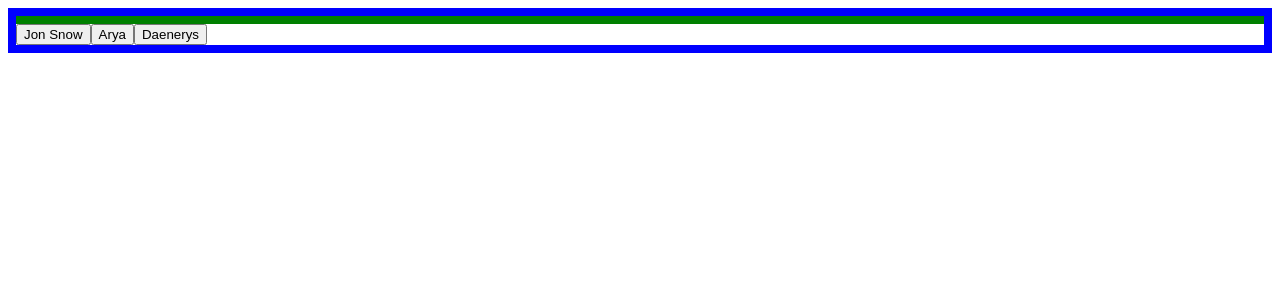
Repository: dsaftler/GifTastic
Page: index.html
These files come from the project's save history. The page is drawn as it stood at one moment and after the next save; the edit follows.
The browser window is 1280 px wide. The pictures show the whole page.
Some web libraries are served in a nearby version.

Above is the page before, as saved 2019-04-20 04:14:42.

After the next save:
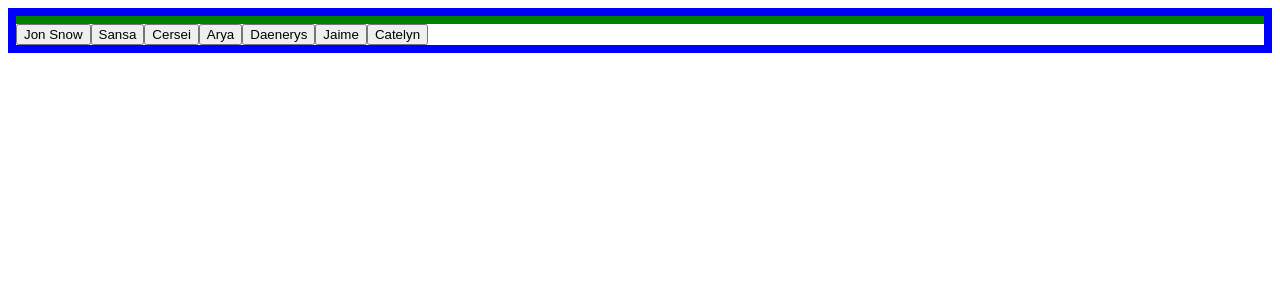
Saved 2 min 51 s later.
--- a/assets/Javascript/app.js
+++ b/assets/Javascript/app.js
@@ -1,10 +1,10 @@
-// var topics=["Jon Snow","Sansa","Cersei","Arya","Daenerys","Jaime","Catelyn"];
-var topics = ["Jon Snow",  "Arya", "Daenerys"];
-var topic, newBtn, i, btnId
-var thisImg
+var topics=["Jon Snow","Sansa","Cersei","Arya","Daenerys","Jaime","Catelyn"];
+// var topics = ["Jon Snow",  "Arya", "Daenerys"];
+var topic, newBtn, i, btnId;
+var thisImg;
 //$("button").on("click", getGif());
-$('.getTopic').hide()
-$("#getMore").detach()
+$(".getTopic").hide();
+$("#getMore").hide();
 $(function () {
   createButtons();
 
@@ -26,7 +26,7 @@
   }
 
 function getGif(myTopic){
-  $(".showGifs").detach($("#getMore"));
+ $("#getMore").hide();
   //alert("clicked "+myTopic );
   var queryURL = "http://api.giphy.com/v1/gifs/search?q=" +
     myTopic + "&api_key=cQ6v8TyEzI3FgHn04lpj1mdBt9i4u5n8&limit=10";
@@ -80,8 +80,9 @@
     //  $(".showGifs").append(infoText);
     }
   // $('.gif').click(changeState());
-  $(".showGifs").append($("#getMore"));
+  $("#getMore").show();
   };
+
   $(".gif").click(function() {
 // function changeState() {
 
